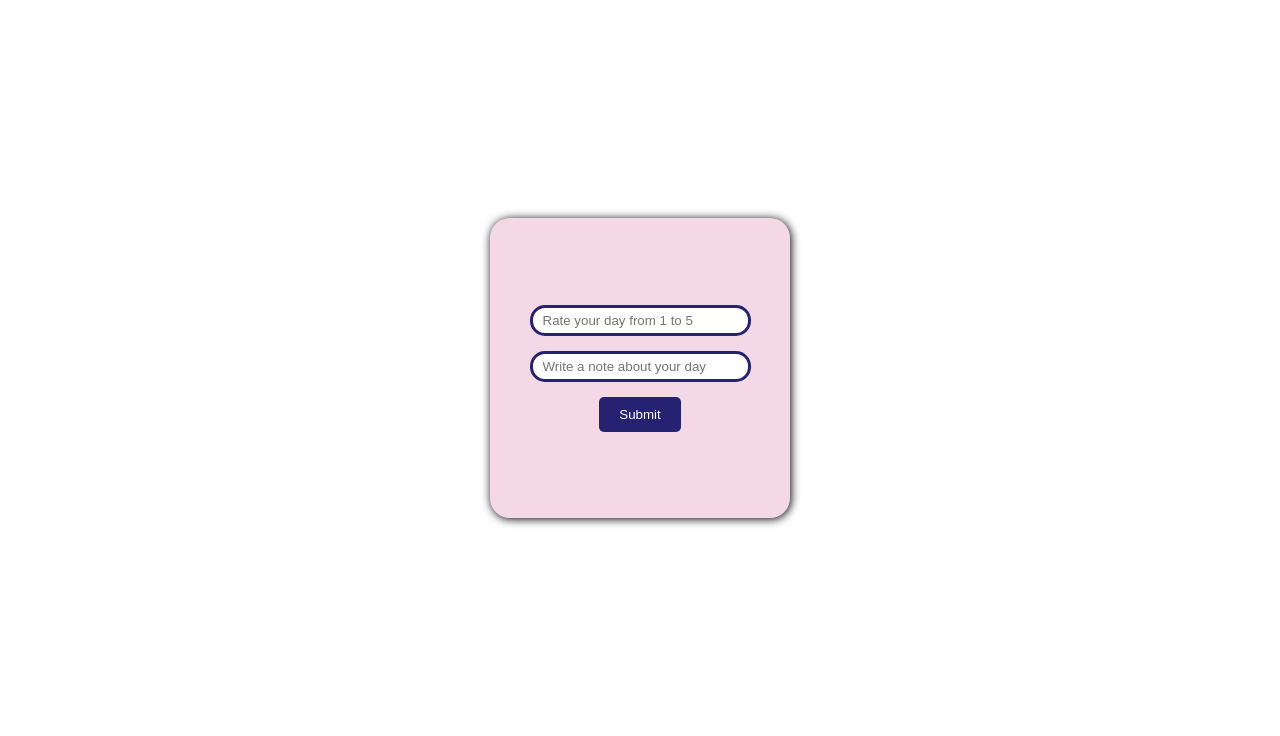
Repository: elenav24/RateMyDay
Page: frontend/index.html
The author's editor kept a copy of each file at every save. The page is drawn from the files as they stood at one save, then again after the next save.
The browser window is 1280 px wide. The pictures show the whole page.

Above is the page before, as saved 2025-05-15 01:35:05.

After the next save:
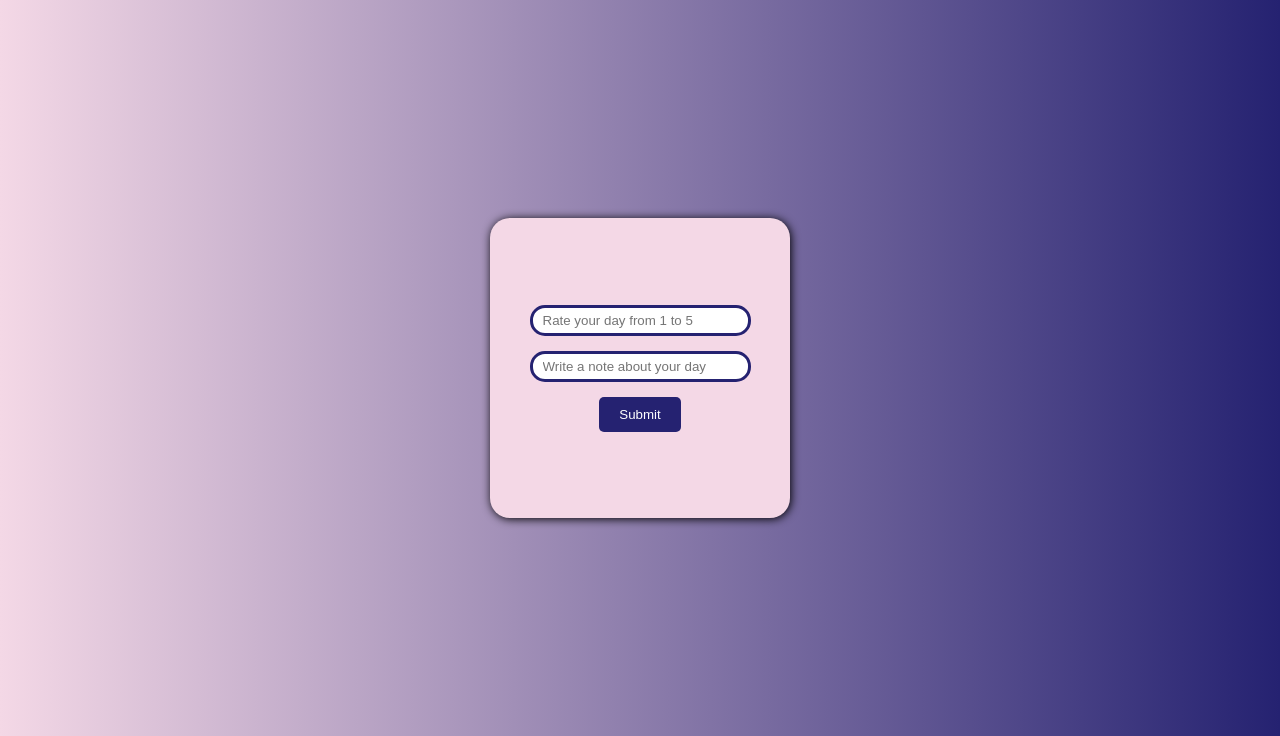
Saved 33 s later.
--- a/frontend/style.css
+++ b/frontend/style.css
@@ -3,7 +3,7 @@ body {
     justify-content: center;
     align-items: center;
     height: 100vh;
-    background: gradient(to right, #f4d8e6, #252271);
+    background: linear-gradient(to right, #f4d8e6, #252271);
 }
 
 .container {
